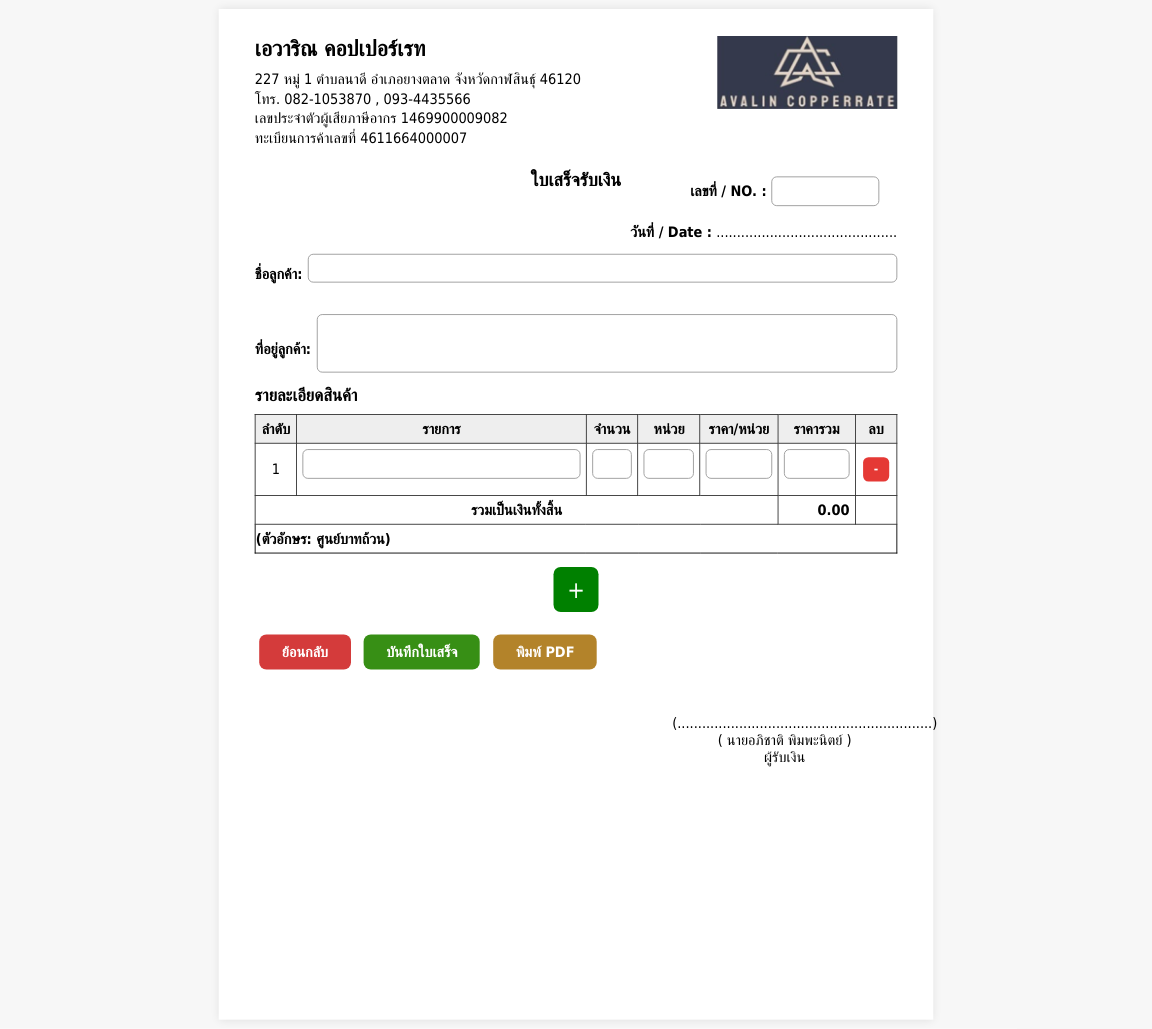
Repository: Hermesmercury88/shop_it
Page: quotation.html
An editor plug-in stored every save of this project. The page is shown before and after the next save, followed by the edit.
The browser window is 1280 px wide. The pictures show the whole page, at 90% of full size.
Some web fonts or font styles are not loaded; a fallback is used.

Above is the page before, as saved 2025-09-21 13:14:14.

After the next save:
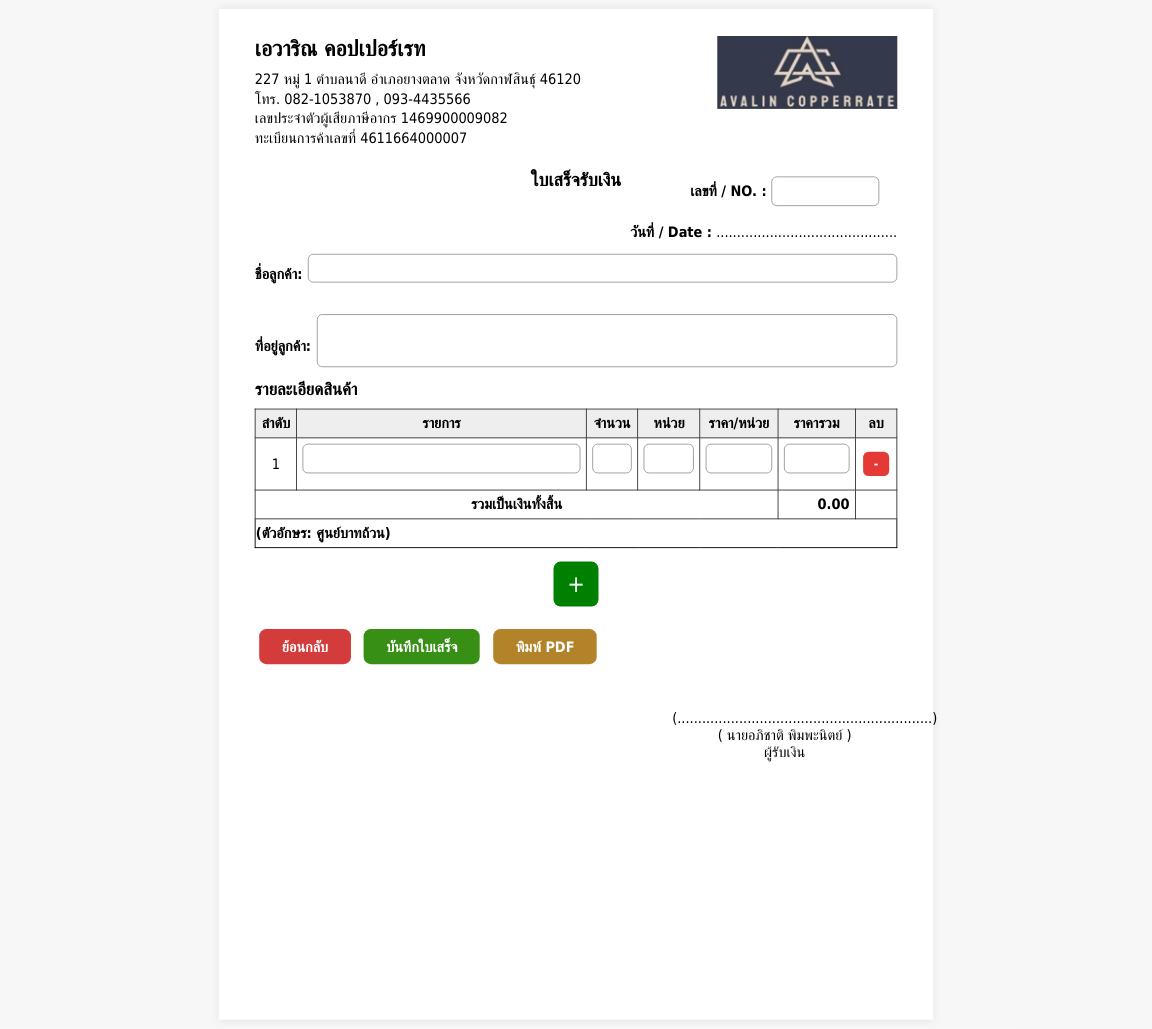
Saved 11 s later.
--- a/css/quotation.css
+++ b/css/quotation.css
@@ -123,7 +123,8 @@
   margin-left: 6px;      /* ลดช่องว่างระหว่าง label กับ field */
   flex: 1;               /* ให้ช่องขยายเต็มที่ */
   font-family: "TH SarabunPSK", sans-serif;
-  font-size: 16px;         /* ลด padding เล็กน้อย */
+  font-size: 16px;
+  padding: 3px 5px;      /* ลด padding เล็กน้อย */
 }
 
 .customer-info textarea {

After the 5 saves that followed:
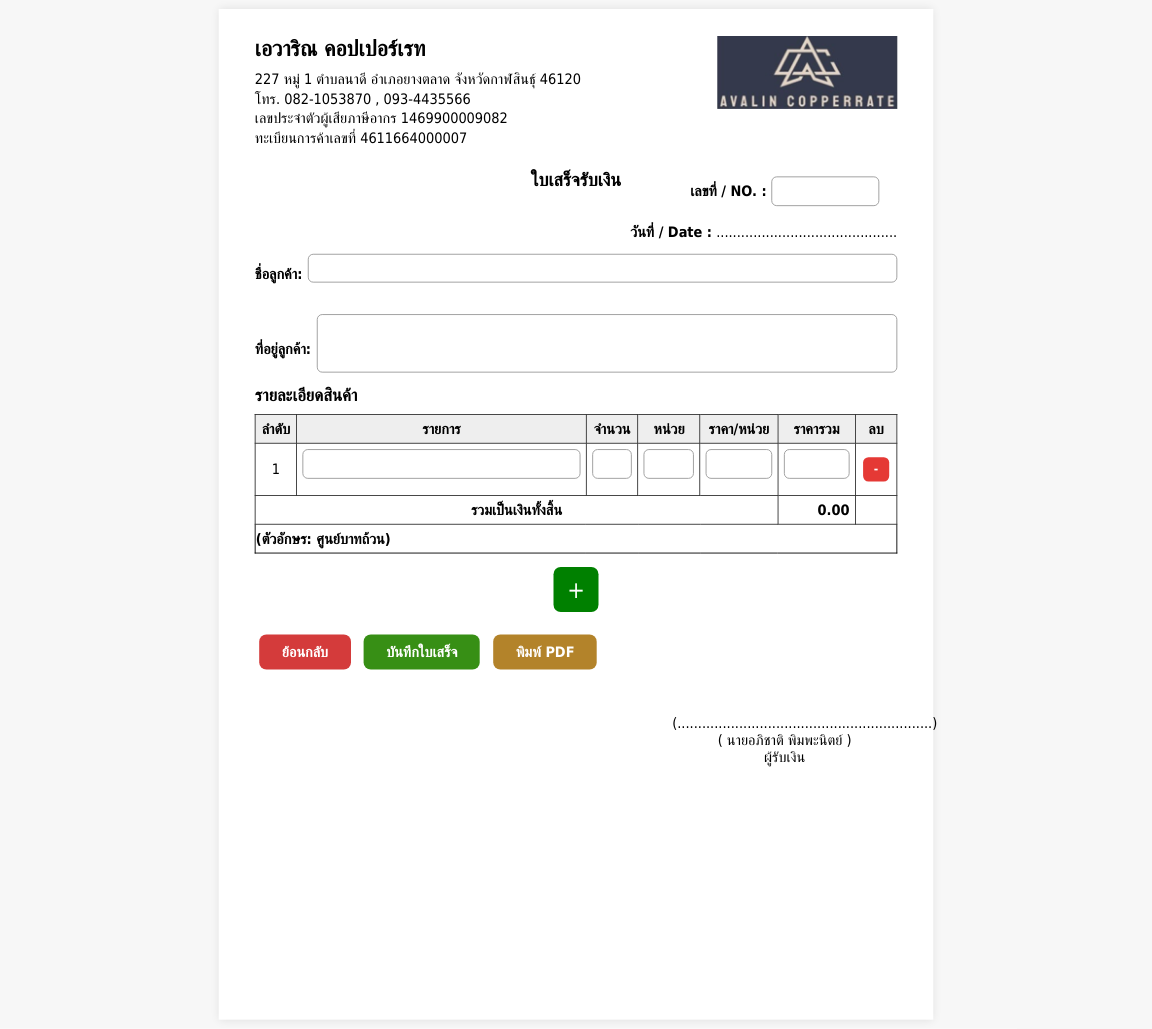
The 5 saves are shown as one change because 1 left the picture as it was and some came seconds apart.
The last was saved 25 s later.
--- a/css/quotation.css
+++ b/css/quotation.css
@@ -124,11 +124,11 @@
   flex: 1;               /* ให้ช่องขยายเต็มที่ */
   font-family: "TH SarabunPSK", sans-serif;
   font-size: 16px;
-  padding: 3px 5px;      /* ลด padding เล็กน้อย */
+  /* padding: 3px 5px;      */
 }
 
 .customer-info textarea {
-  line-height: 1.4;      /* ลดระยะบรรทัด */
+  line-height: 0.5;      /* ลดระยะบรรทัด */
 }
 
 
